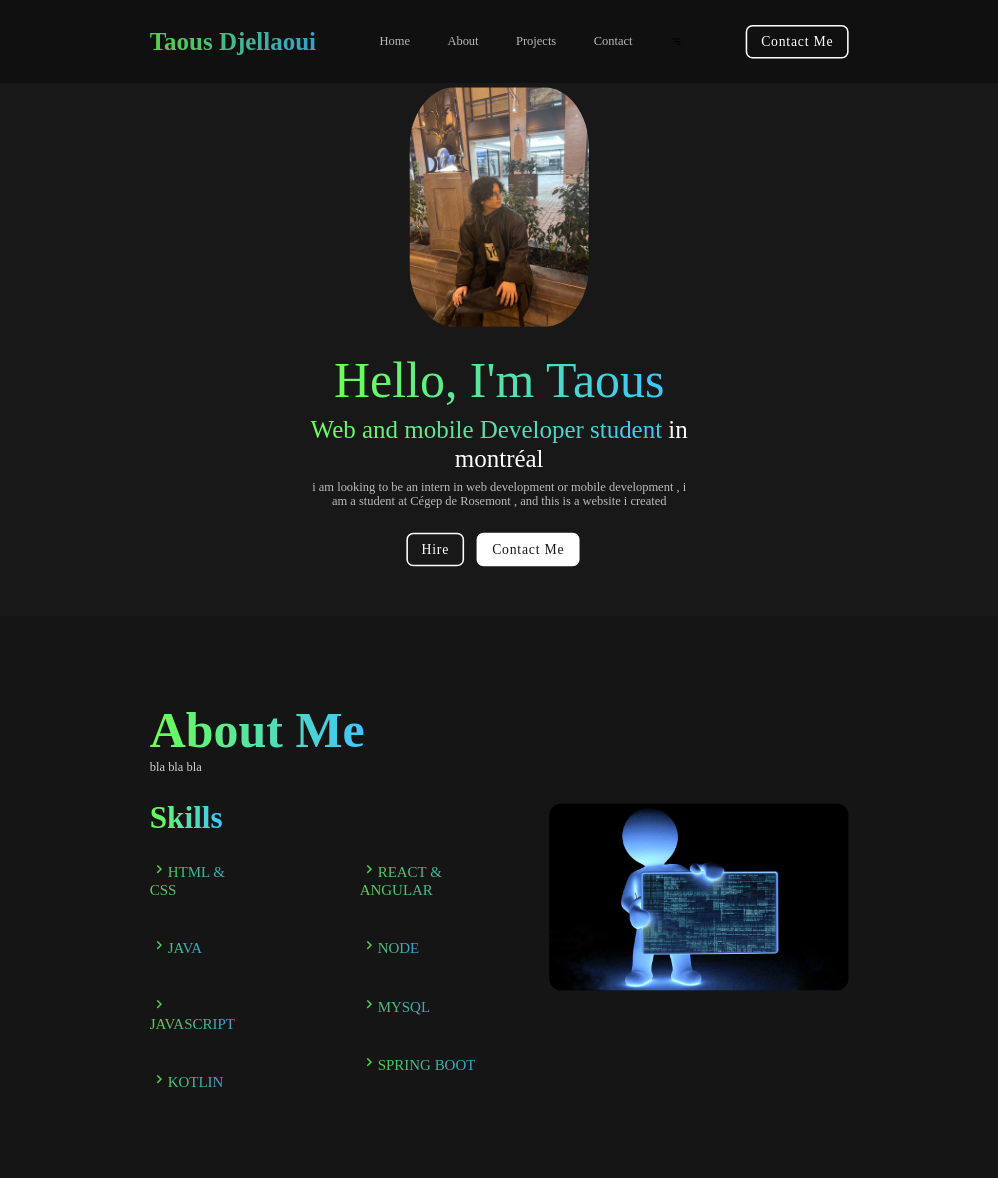
Repository: taousdjellaoui/portfolio-
Page: portfolio/index.html
These files come from the project's save history. The page is drawn as it stood at one moment and after the next save; the edit follows.
The browser window is 1280 px wide. The pictures show the whole page, at 78% of full size.

Above is the page before, as saved 2024-09-23 22:33:44.

After the next save:
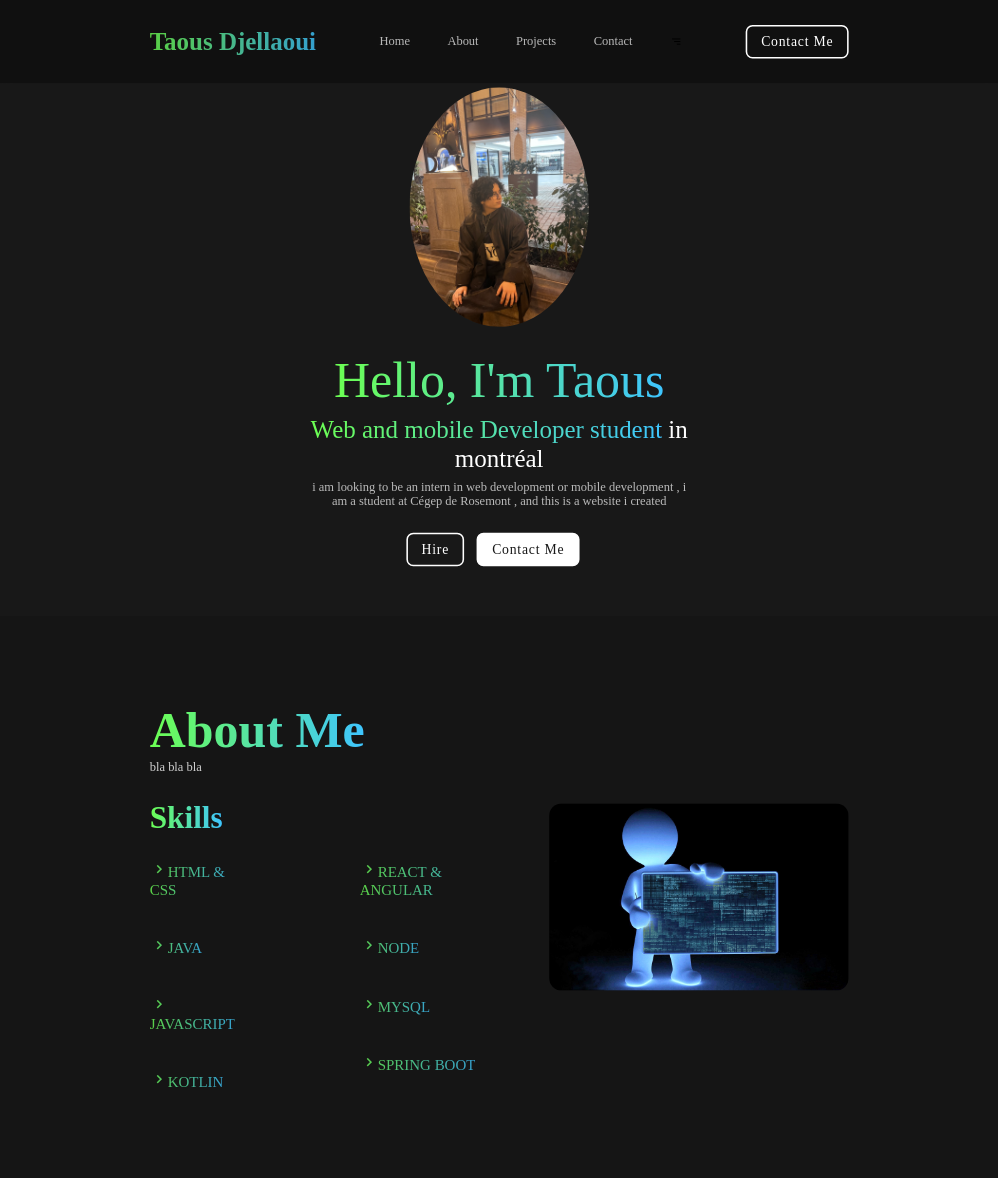
Saved 25 s later.
--- a/portfolio/style.css
+++ b/portfolio/style.css
@@ -95,7 +95,7 @@ color:white;
 }
 #home img{
 width:18vw;
-border-radius: 25%;
+border-radius: 100%;
 margin-top: 3em;
 
 }
@@ -196,13 +196,3 @@ opacity:0.8;
 .about-box h2{
   font-size: 2.5em;
 }
-.image-container::after {
-  content: '';
-  position: absolute;
-  top: 0;
-  left: 0;
-  right: 0;
-  bottom: 0;
-  background-color: rgba(24, 24, 24, 0.5); /* Adjust color and opacity */
-  mix-blend-mode: multiply; /* Experiment with different blend modes */
-}
